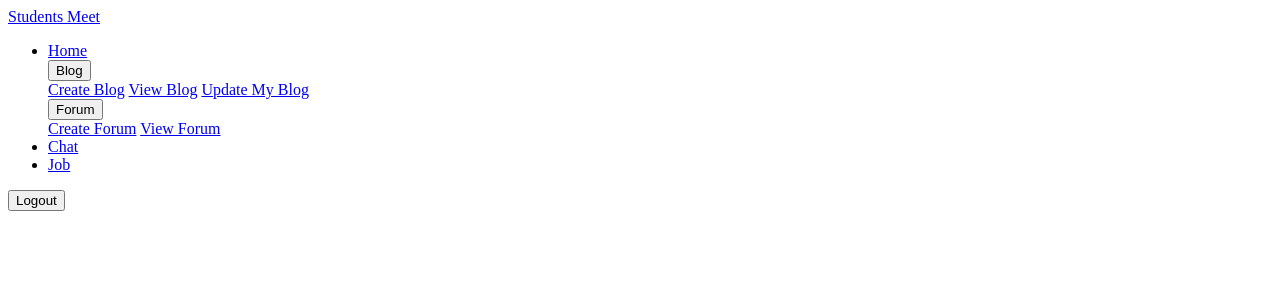
Repository: JamesArul/CLBSiteSTMT
Page: StudentsMeetFrontEnd/WebContent/Headers/UserHeader.html
An editor plug-in stored every save of this project. The page is shown before and after the next save, followed by the edit.
The browser window is 1280 px wide. The pictures show the whole page.

Above is the page before, as saved 2017-05-31 18:21:58.

### StudentsMeetFrontEnd/WebContent/Headers/UserHeader.html
<div ng-controller="UserController as ctrl">
<nav class="navbar navbar-default">
<div class="container-fluid">
  <div class="navbar-header">
     <a class="navbar-brand" href="#">Students Meet</a>
  </div>
  <ul class="nav navbar-nav">
      <li class="active"><a href="#!/goUserHome">Home</a></li>
      <div class="dropdown">
      <button class="dropbtn">Blog</button>
    	<div class="dropdown-content">
      	 <a href="#!/goBlogCreate">Create Blog</a>
      	 <a href="#">View Blog</a>
     	 <a href="#">Update My Blog</a>
    	</div>
      </div>
      <div class="dropdown">
      <button class="dropbtn">Forum</button>
    	<div class="dropdown-content">
      	 <a href="#">Create Forum</a>
      	 <a href="#">View Forum</a>
    	</div>
      </div>
      <li><a href="#">Chat</a></li>
      <li><a href="#">Job</a></li>
   </ul>
    <button class="btn btn-danger navbar-btn" ng-click="ctrl.logout()">Logout</button>
</div>
</nav>
</div>

After the next save:
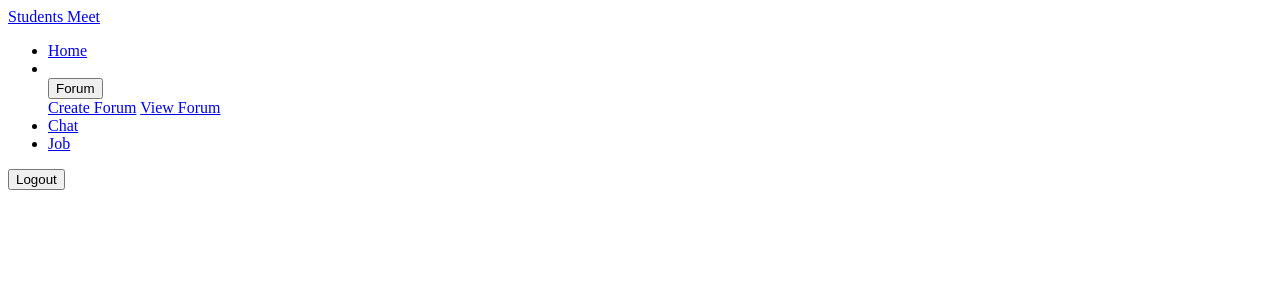
Saved 38 s later.
--- a/StudentsMeetFrontEnd/WebContent/Headers/UserHeader.html
+++ b/StudentsMeetFrontEnd/WebContent/Headers/UserHeader.html
@@ -6,14 +6,7 @@
   </div>
   <ul class="nav navbar-nav">
       <li class="active"><a href="#!/goUserHome">Home</a></li>
-      <div class="dropdown">
-      <button class="dropbtn">Blog</button>
-    	<div class="dropdown-content">
-      	 <a href="#!/goBlogCreate">Create Blog</a>
-      	 <a href="#">View Blog</a>
-     	 <a href="#">Update My Blog</a>
-    	</div>
-      </div>
+      <li><a href="#!/goBlogHome"></a></li>
       <div class="dropdown">
       <button class="dropbtn">Forum</button>
     	<div class="dropdown-content">
